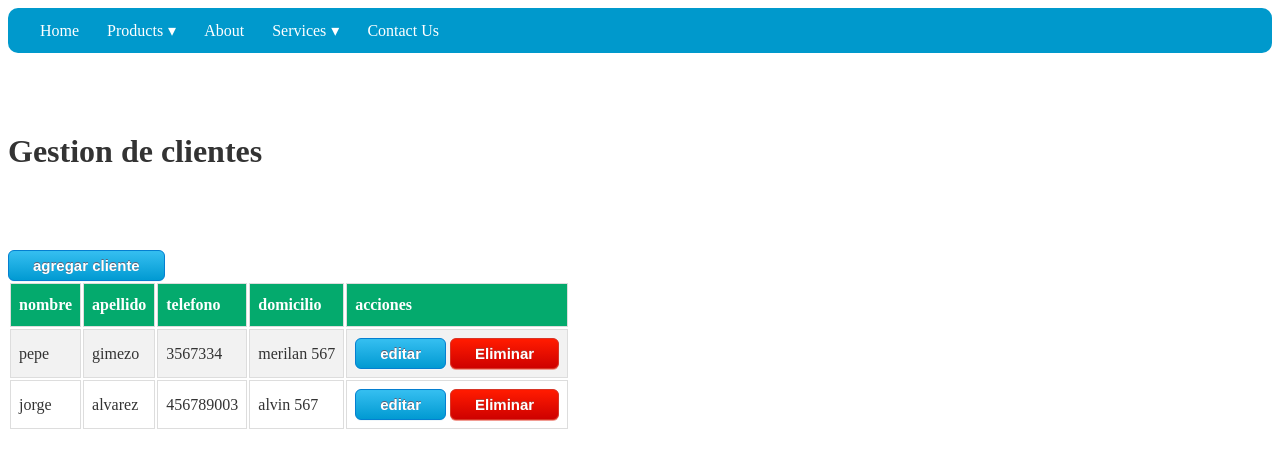
Repository: geraldine-ventura/Practicando.net
Page: index 2.html
The author's editor kept a copy of each file at every save. The page is drawn from the files as they stood at one save, then again after the next save.
The browser window is 1280 px wide. The pictures show the whole page.

Above is the page before, as saved 2022-12-20 14:04:30.

### index 2.html
<link rel="stylesheet" href="style.css"/>
<link rel="stylesheet" href="menu.css"/>
<link rel="stylesheet" href="modal.css"/>


<nav id='menu'>
    <input type='checkbox' id='responsive-menu' onclick='updatemenu()'><label></label>
    <ul>
      <li><a href='http://'>Home</a></li>
      <li><a class='dropdown-arrow' href='http://'>Products</a>
        <ul class='sub-menus'>
          <li><a href='http://'>Products 1</a></li>
          <li><a href='http://'>Products 2</a></li>
          <li><a href='http://'>Products 3</a></li>
          <li><a href='http://'>Products 4</a></li>
        </ul>
      </li>
      <li><a href='http://'>About</a></li>
      <li><a class='dropdown-arrow' href='http://'>Services</a>
        <ul class='sub-menus'>
          <li><a href='http://'>Services 1</a></li>
          <li><a href='http://'>Services 2</a></li>
          <li><a href='http://'>Services 3</a></li>
        </ul>
      </li>
      <li><a href='http://'>Contact Us</a></li>
    </ul>
  </nav>

<h1>Gestion de clientes</h1>

<a onclick="agregarCliente" id="btnAgregar" href="#"
class="myButton">agregar cliente</a>

<table id= "customers">
    <tr>
        <th>nombre</th>
        <th>apellido</th>
        <th>telefono</th>
        <th>domicilio</th>
        <th>acciones</th>
    </tr>
    <tr>
        <td>pepe</td>
        <td>gimezo</td>
        <td>3567334</td>
        <td>merilan 567</td>
        <td>
         <a href="#" class="myButton">editar</a>
         <a href="#" class="myButton2">Eliminar</a>

        </td>
    </tr>
    <tr>
        <td>jorge</td>
        <td>alvarez</td>
        <td>456789003</td>
        <td>alvin 567</td>
        <td>
            <a href="#" class="myButton">editar</a>
            <a href="#" class="myButton2">Eliminar</a>

          </td>
    </tr>
</table>
<br/>
<!-- Modal -->
<div id="modal" class="modale" aria-hidden="true">
    <div class="modal-dialog">
      <div class="modal-header">
        <h2>Please Login</h2>
        <a href="#" class="btn-close closemodale" aria-hidden="true">&times;</a>
      </div>
      <div class="modal-body">
        <input type="text" name="u" placeholder="User" size="20" /><br>
        <input type="text" name="p" placeholder="&bull;&bull;&bull;&bull;" size="20" /></div>
      <div class="modal-footer">


        <a href="#" class="btn" id="btn_ingresar">Login</a>
      </div>
    </div>
  </div>
  <!-- /Modal -->

   <script>
    function agregarCliente(){
    htmlModal= document.getElementById("modal").classList;
    htmlModal.setAttribute("class", "modale opened");

}
   </script>

### style.css
<style>
    #customers {
      font-family: Arial, Helvetica, sans-serif;
      border-collapse: collapse;
      width: 100%;
    }

    #customers td, #customers th {
      border: 1px solid #ddd;
      padding: 8px;
    }

    #customers tr:nth-child(even){background-color: #f2f2f2;}

    #customers tr:hover {background-color: #ddd;}

    #customers th {
      padding-top: 12px;
      padding-bottom: 12px;
      text-align: left;
      background-color: #04AA6D;
      color: white;
    }
    .myButton {
	box-shadow: 0px 1px 0px 0px #f0f7fa;
	background:linear-gradient(to bottom, #33bdef 5%, #019ad2 100%);
	background-color:#33bdef;
	border-radius:6px;
	border:1px solid #057fd0;
	display:inline-block;
	cursor:pointer;
	color:#ffffff;
	font-family:Arial;
	font-size:15px;
	font-weight:bold;
	padding:6px 24px;
	text-decoration:none;
	text-shadow:0px -1px 0px #5b6178;
}
.myButton:hover {
	background:linear-gradient(to bottom, #019ad2 5%, #33bdef 100%);
	background-color:#019ad2;
}
.myButton:active {
	position:relative;
	top:1px;
}
.myButton2 {
	box-shadow: 0px 1px 0px 0px #f29c93;
	background:linear-gradient(to bottom, #fe1a00 5%, #ce0100 100%);
	background-color:#fe1a00;
	border-radius:6px;
	border:1px solid #d83526;
	display:inline-block;
	cursor:pointer;
	color:#ffffff;
	font-family:Arial;
	font-size:15px;
	font-weight:bold;
	padding:6px 24px;
	text-decoration:none;
	text-shadow:0px -1px 0px #b23e35;
}
.myButton2:hover {
	background:linear-gradient(to bottom, #ce0100 5%, #fe1a00 100%);
	background-color:#ce0100;
}
.myButton2:active {
	position:relative;
	top:1px;
}


</style>

### menu.css
#menu {
	background: #0099CC;
	color: #FFF;
	height: 45px;
	padding-left: 18px;
	border-radius: 10px;
}
#menu ul, #menu li {
	margin: 0 auto;
	padding: 0;
	list-style: none
}
#menu ul {
	width: 100%;
}
#menu li {
	float: left;
	display: inline;
	position: relative;
}
#menu a {
	display: block;
	line-height: 45px;
	padding: 0 14px;
	text-decoration: none;
	color: #FFFFFF;
	font-size: 16px;
}
#menu a.dropdown-arrow:after {
	content: "\25BE";
	margin-left: 5px;
}
#menu li a:hover {
	color: #0099CC;
	background: #F2F2F2;
}
#menu input {
	display: none;
	margin: 0;
	padding: 0;
	height: 45px;
	width: 100%;
	opacity: 0;
	cursor: pointer
}
#menu label {
	display: none;
	line-height: 45px;
	text-align: center;
	position: absolute;
	left: 35px
}
#menu label:before {
	font-size: 1.6em;
	content: "\2261";
	margin-left: 20px;
}
#menu ul.sub-menus{
	height: auto;
	overflow: hidden;
	width: 170px;
	background: #444444;
	position: absolute;
	z-index: 99;
	display: none;
}
#menu ul.sub-menus li {
	display: block;
	width: 100%;
}
#menu ul.sub-menus a {
	color: #FFFFFF;
	font-size: 16px;
}
#menu li:hover ul.sub-menus {
	display: block
}
#menu ul.sub-menus a:hover{
	background: #F2F2F2;
	color: #444444;
}
@media screen and (max-width: 800px){
	#menu {position:relative}
	#menu ul {background:#111;position:absolute;top:100%;right:0;left:0;z-index:3;height:auto;display:none}
	#menu ul.sub-menus {width:100%;position:static;}
	#menu ul.sub-menus a {padding-left:30px;}
	#menu li {display:block;float:none;width:auto;}
	#menu input, #menu label {position:absolute;top:0;left:0;display:block}
	#menu input {z-index:4}
	#menu input:checked + label {color:white}
	#menu input:checked + label:before {content:"\00d7"}
	#menu input:checked ~ ul {display:block}
}

### modal.css
body{

    color:#333;

  }
  h1{
    margin:80px 0
  }
  .btn {
    background: #428bca;
    border: #357ebd solid 0px;
    border-radius: 3px;
    color: #fff;
    display: inline-block;
    font-size: 14px;
    padding: 8px 15px;
    text-decoration: none;
    text-align: center;
    min-width: 60px;
    position: relative;
    transition: color .1s ease;
  }
  .btn:hover {
    background: #357ebd;
  }
  .btn.btn-big {
    font-size: 18px;
    padding: 15px 20px;
    min-width: 100px;
  }
  .btn-close {
    color: #aaaaaa;
    font-size: 20px;
    text-decoration: none;
    padding:10px;
    position: absolute;
    right: 7px;
    top: 0;
  }
  .btn-close:hover {
    color: #919191;
  }
  .modale:before {
    content: "";
    display: none;
    background: rgba(0, 0, 0, 0.6);
    position: fixed;
    top: 0;
    left: 0;
    right: 0;
    bottom: 0;
    z-index: 10;
  }
  .opened:before {
    display: block;
  }
  .opened .modal-dialog {
    -webkit-transform: translate(0, 0);
    -ms-transform: translate(0, 0);
    transform: translate(0, 0);
    top: 20%;
  }
  .modal-dialog {
    background: #fefefe;
    border: #333333 solid 0px;
    border-radius: 5px;
    margin-left: -200px;
    text-align:center;
    position: fixed;
    left: 50%;
    top: -100%;
    z-index: 11;
    width: 360px;
    box-shadow:0 5px 10px rgba(0,0,0,0.3);
    -webkit-transform: translate(0, -500%);
    -ms-transform: translate(0, -500%);
    transform: translate(0, -500%);
    -webkit-transition: -webkit-transform 0.3s ease-out;
    -moz-transition: -moz-transform 0.3s ease-out;
    -o-transition: -o-transform 0.3s ease-out;
    transition: transform 0.3s ease-out;
  }
  .modal-body {
    padding: 20px;
  }
  .modal-body input{
    width:200px;
    padding:8px;
    border:1px solid #ddd;
    color:#888;
    outline:0;
    font-size:14px;
    font-weight:bold
  }
  .modal-header,
  .modal-footer {
    padding: 10px 20px;
  }
  .modal-header {
    border-bottom: #eeeeee solid 1px;
  }
  .modal-header h2 {
    font-size: 20px;
  }

After the next save:
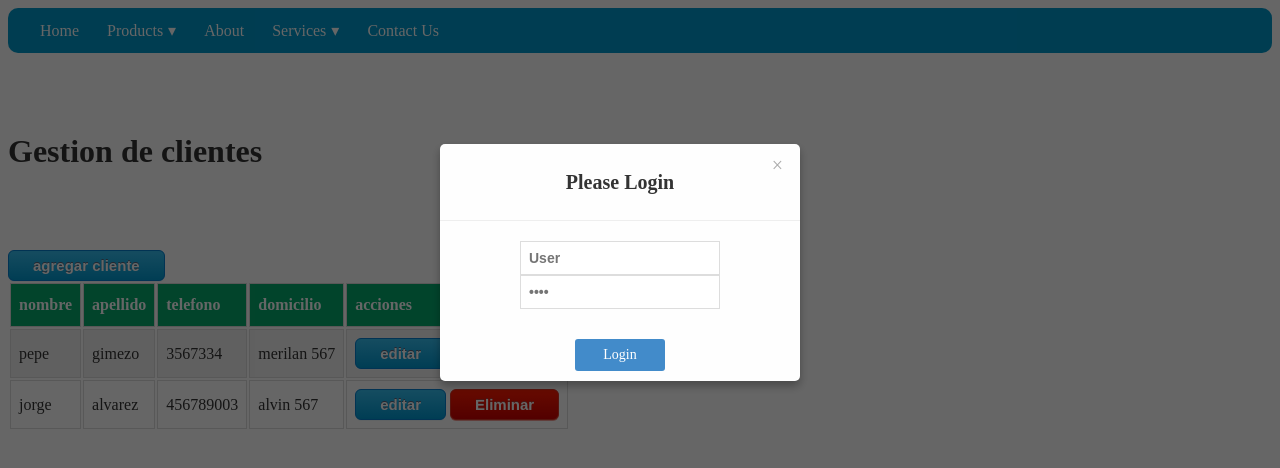
Saved 6 min 35 s later.
--- a/index 2.html
+++ b/index 2.html
@@ -65,7 +65,7 @@
 </table>
 <br/>
 <!-- Modal -->
-<div id="modal" class="modale" aria-hidden="true">
+<div id="modal" class="modale opened" aria-hidden="true">
     <div class="modal-dialog">
       <div class="modal-header">
         <h2>Please Login</h2>

After the save that followed:
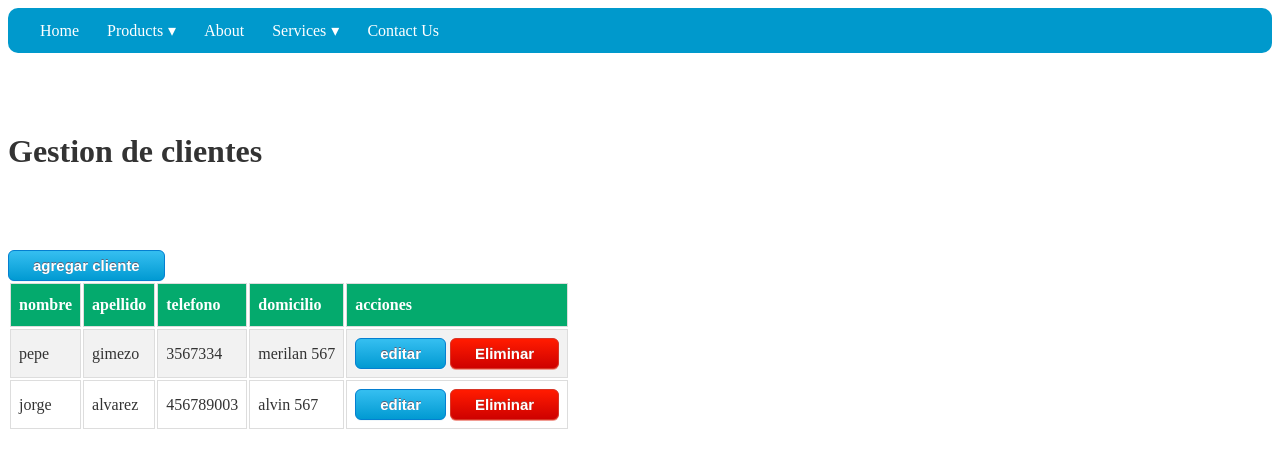
Saved 45 s later.
--- a/index 2.html
+++ b/index 2.html
@@ -65,7 +65,7 @@
 </table>
 <br/>
 <!-- Modal -->
-<div id="modal" class="modale opened" aria-hidden="true">
+<div id="modal" class="modale" aria-hidden="true">
     <div class="modal-dialog">
       <div class="modal-header">
         <h2>Please Login</h2>
